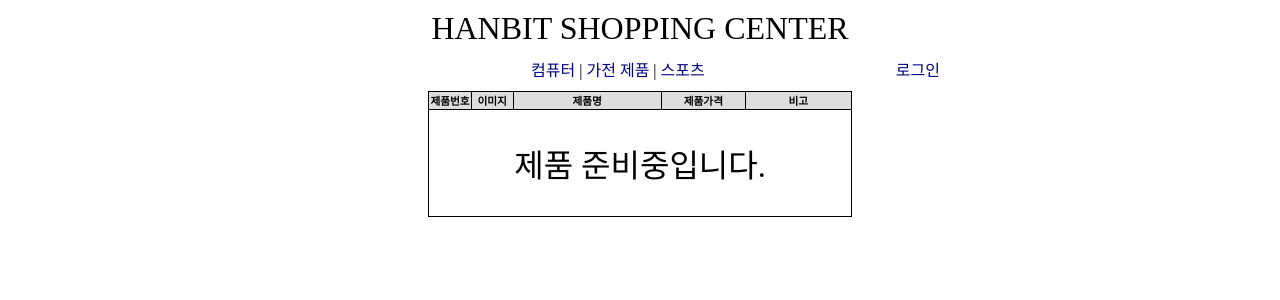
Repository: xlz5000/ICT
Page: http://localhost/spring_mvc02/WEB-INF/views/day08/product_list.jsp
These files come from the project's save history. The page is drawn as it stood at one moment and after the next save; the edit follows.
The browser window is 1280 px wide. The pictures show the whole page.
The page is served by Tomcat 9. Nobody is signed in. The template is opened directly, without the code that normally fills it, so the values that code supplies are empty.

Above is the page before, as saved 2025-04-17 00:44:00.

After the next save:
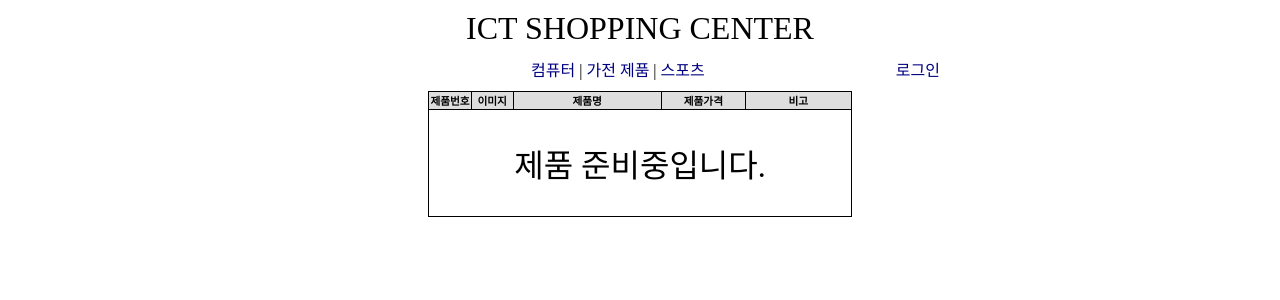
Saved 30 s later.
--- a/spring_mvc02/src/main/webapp/WEB-INF/views/day08/top.jsp
+++ b/spring_mvc02/src/main/webapp/WEB-INF/views/day08/top.jsp
@@ -53,7 +53,7 @@
 	<div id="wrap">
 
 		<div id="header">
-			<span class="title"> HANBIT SHOPPING CENTER </span>
+			<span class="title"> ICT SHOPPING CENTER </span>
 		</div>
 
 		<div id="nav">
